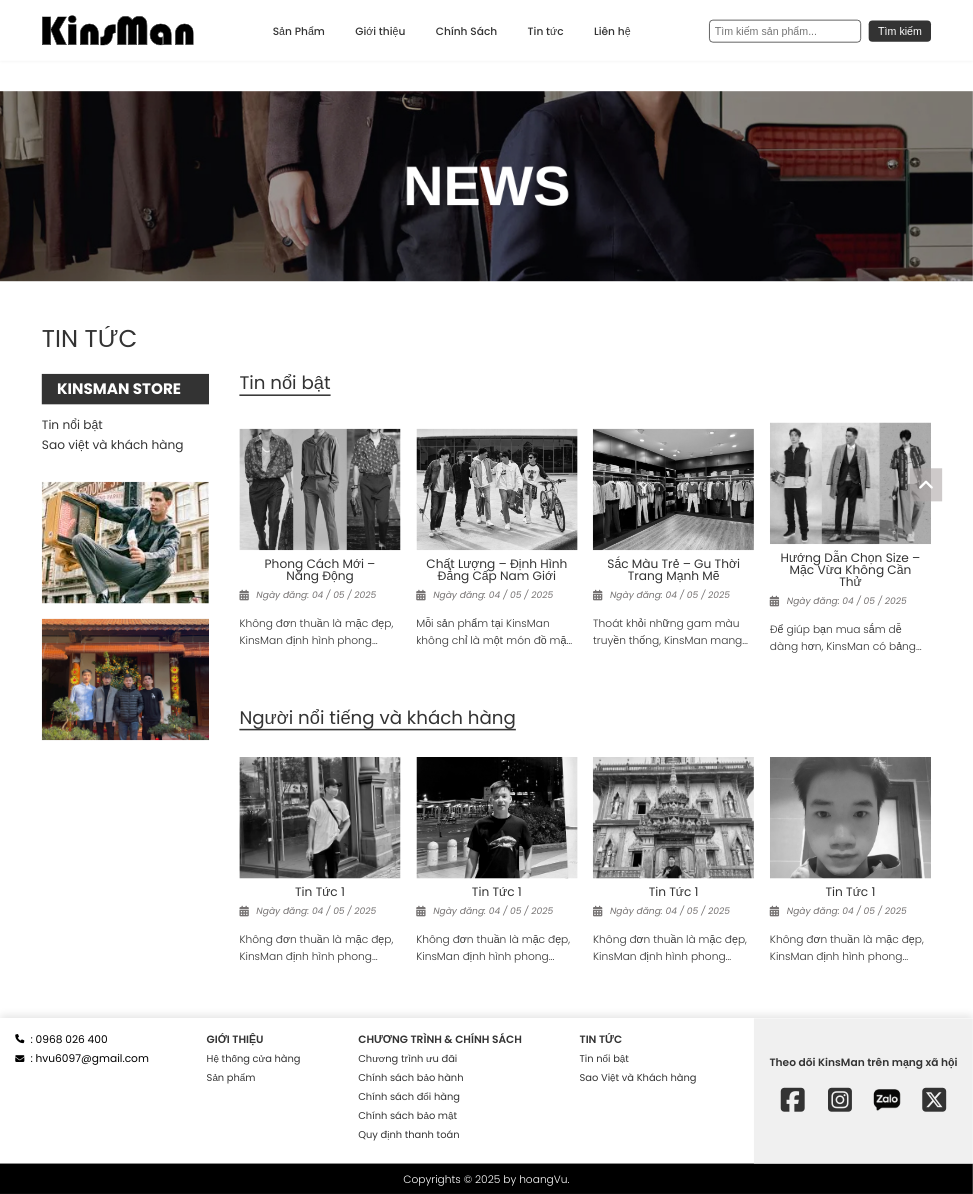
Repository: hoang28092000/kinsmanClothes
Page: category/news.html
The author's editor kept a copy of each file at every save. The page is drawn from the files as they stood at one save, then again after a run of saves.
The browser window is 1280 px wide. The pictures show the whole page, at 76% of full size.

Above is the page before, as saved 2025-05-08 14:53:08.
Console error: TypeError: Cannot read properties of null (reading 'addEventListener')

After the next 2 saves:
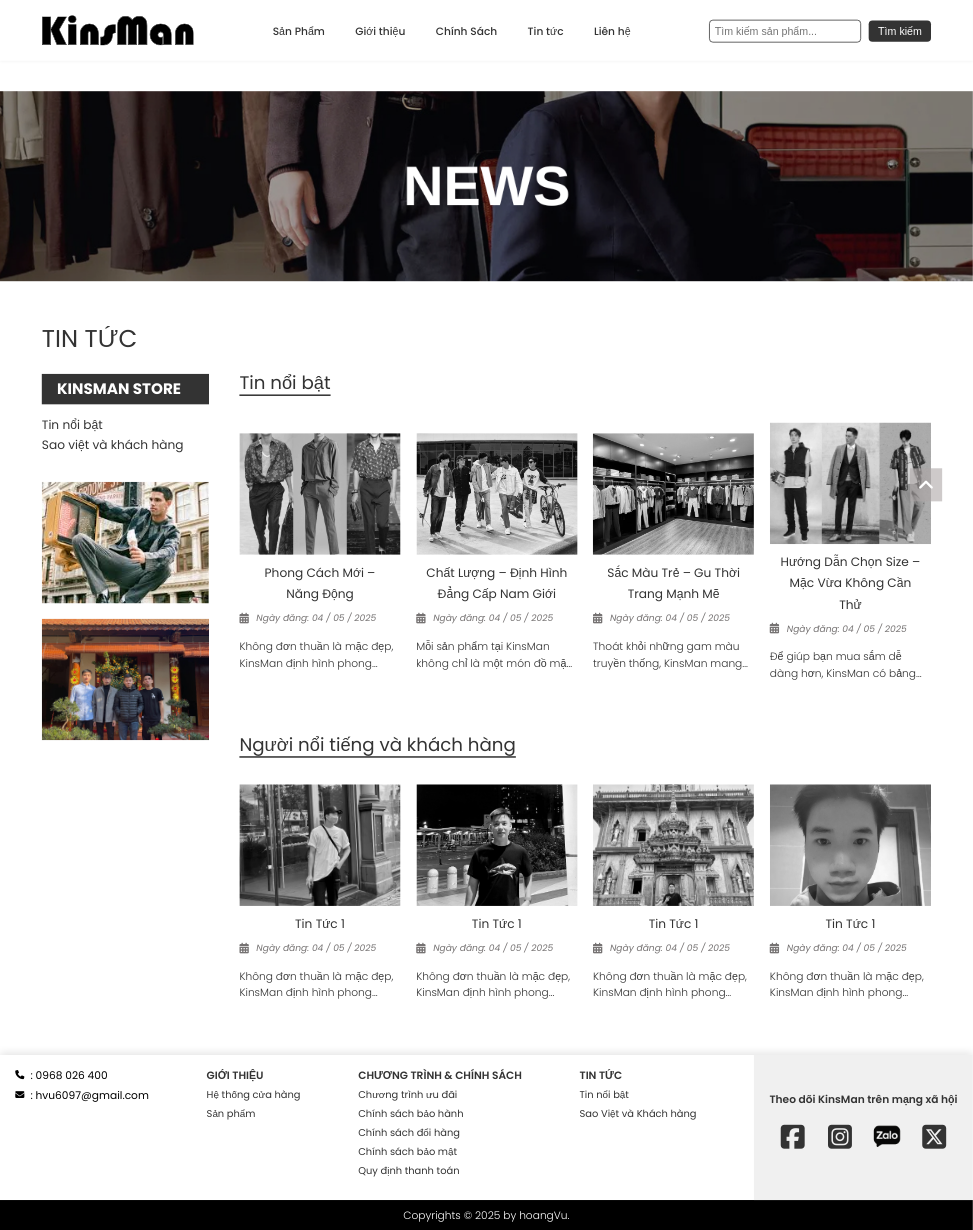
The 2 saves are shown as one change because they came seconds apart.
The last was saved 45 s later.
--- a/css/product.css
+++ b/css/product.css
@@ -289,6 +289,7 @@
 .name-news {
   text-align: center;
   padding: 10px;
+  line-height: 1.75;
 }
 .name-news a {
   font-size: 1.6rem;
